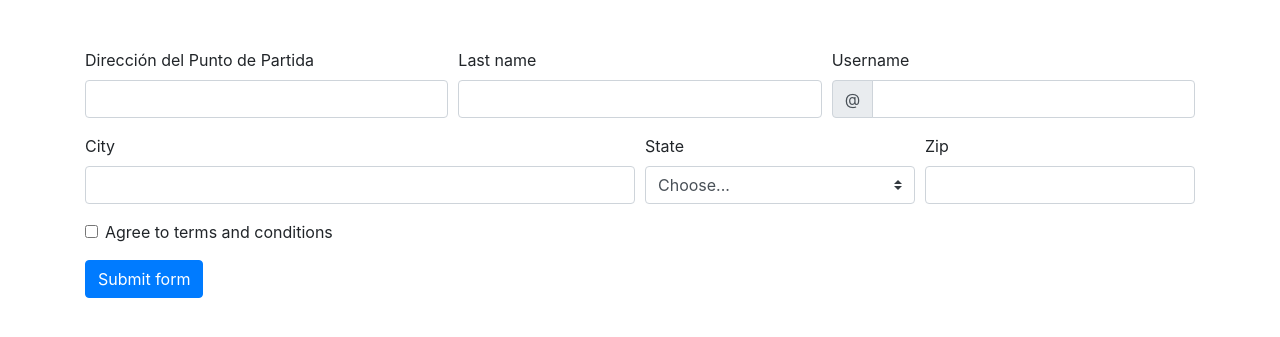
Repository: Jassan851031/foreachTask
Page: /
The author's editor kept a copy of each file at every save. The page is drawn from the files as they stood at one save, then again after the next save.
The browser window is 1280 px wide. The pictures show the whole page.
The project was rebuilt for these pictures with package versions that can differ from the ones it lists, and the page was loaded fresh each time. Also part of the build but not shown: src/App.css.

Above is the page before, as saved 2020-03-23 15:03:03.

### src/index.js
import React from 'react';
import ReactDOM from 'react-dom';
import 'bootstrap/dist/css/bootstrap.min.css';
import 'font-awesome/css/font-awesome.min.css';
import './index.css';
import App from './App';
import * as serviceWorker from './serviceWorker';


 // Add js files
 import 'jquery';
 import 'popper.js';
 import 'bootstrap';

ReactDOM.render(
  <React.StrictMode>
    <App />
  </React.StrictMode>,
  document.getElementById('root')
);

// If you want your app to work offline and load faster, you can change
// unregister() to register() below. Note this comes with some pitfalls.
// Learn more about service workers: https://bit.ly/CRA-PWA
serviceWorker.unregister();

### src/App.js
import React from 'react';
import './App.css';

function App() {
  return (
    <div className="container mt-5">
      <div className="row">
        <div className="col-md-12">
          <form>
            <div className="form-row">
              <div className="col-md-4 mb-3">
                <label for="validationDefault01">Dirección del Punto de Partida</label>
                <input type="text" className="form-control" id="validationDefault01" required />
              </div>
              <div className="col-md-4 mb-3">
                <label for="validationDefault02">Last name</label>
                <input type="text" className="form-control" id="validationDefault02" required />
              </div>
              <div className="col-md-4 mb-3">
                <label for="validationDefaultUsername">Username</label>
                <div className="input-group">
                  <div className="input-group-prepend">
                    <span className="input-group-text" id="inputGroupPrepend2">@</span>
                  </div>
                  <input type="text" className="form-control" id="validationDefaultUsername" aria-describedby="inputGroupPrepend2" required />
                </div>
              </div>
            </div>
            <div className="form-row">
              <div className="col-md-6 mb-3">
                <label for="validationDefault03">City</label>
                <input type="text" className="form-control" id="validationDefault03" required />
              </div>
              <div className="col-md-3 mb-3">
                <label for="validationDefault04">State</label>
                <select className="custom-select" id="validationDefault04" required>
                  <option selected disabled value="">Choose...</option>
                  <option>...</option>
                </select>
              </div>
              <div className="col-md-3 mb-3">
                <label for="validationDefault05">Zip</label>
                <input type="text" className="form-control" id="validationDefault05" required />
              </div>
            </div>
            <div className="form-group">
              <div className="form-check">
                <input className="form-check-input" type="checkbox" value="" id="invalidCheck2" required />
                <label className="form-check-label" for="invalidCheck2">
                  Agree to terms and conditions
      </label>
              </div>
            </div>
            <button className="btn btn-primary" type="submit">Submit form</button>
          </form>
        </div>
      </div>
    </div>
  );
}

export default App;

Loaded but not shown: public/index.html (common file); src/index.css (common file); src/serviceWorker.js (common file)

After the next save:
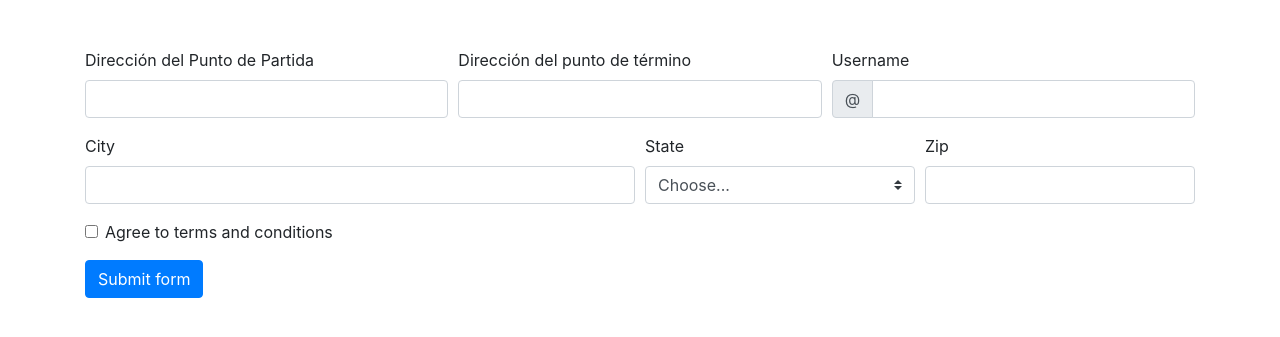
Saved 22 s later.
--- a/src/App.js
+++ b/src/App.js
@@ -13,7 +13,7 @@ function App() {
                 <input type="text" className="form-control" id="validationDefault01" required />
               </div>
               <div className="col-md-4 mb-3">
-                <label for="validationDefault02">Last name</label>
+                <label for="validationDefault02">Dirección del punto de término</label>
                 <input type="text" className="form-control" id="validationDefault02" required />
               </div>
               <div className="col-md-4 mb-3">
